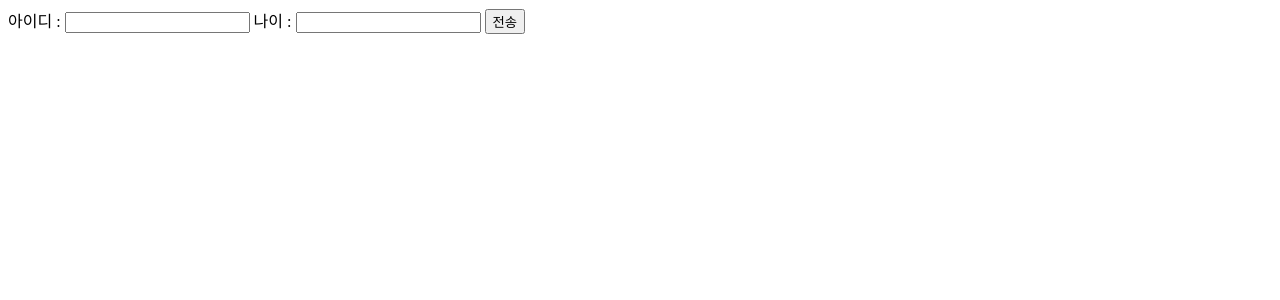
Repository: angwanghyeon/eclipse
Page: http://localhost/webpractice/02_param.jsp
These files come from the project's save history. The page is drawn as it stood at one moment and after the next save; the edit follows.
The browser window is 1280 px wide. The pictures show the whole page.
The page is served by Tomcat 9.

Above is the page before, as saved 2023-08-31 01:07:11.

After the next save:
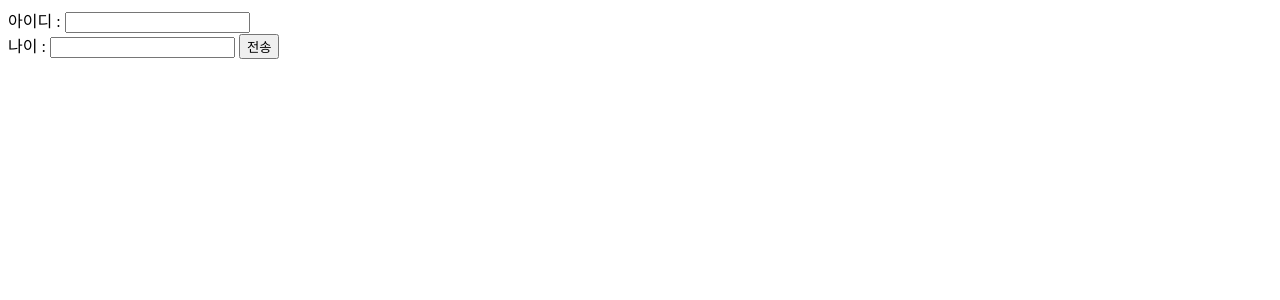
Saved 6 s later.
--- a/webpractice/src/main/webapp/02_param.jsp
+++ b/webpractice/src/main/webapp/02_param.jsp
@@ -9,7 +9,7 @@
 </head>
 <body>
 	<form name="memberform" method="post" action="member">
-		아이디 : <input type="text" name="id">
+		아이디 : <input type="text" name="id"><br>
 		나이 : <input type="text" name="age">
 		<input type="submit" value="전송" onclick="return check()">
 	</form>
